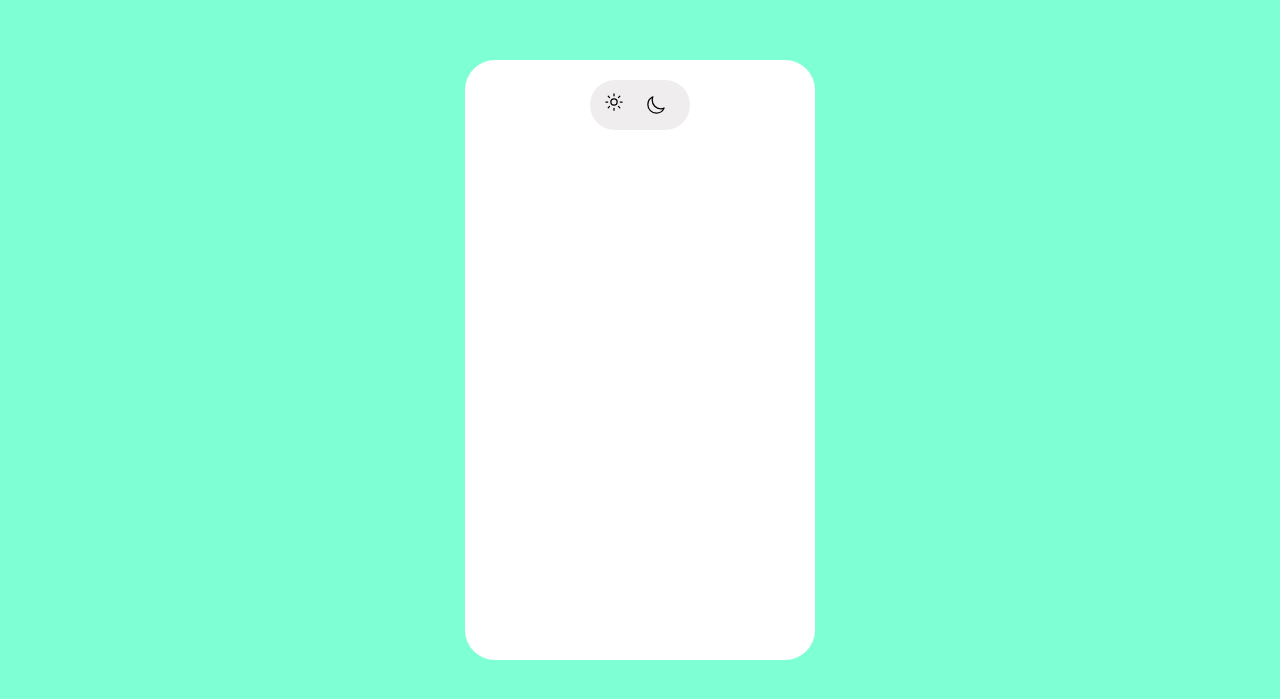
Repository: dinhtri123/caculator-app
Page: index.html
The author's editor kept a copy of each file at every save. The page is drawn from the files as they stood at one save, then again after the next save.
The browser window is 1280 px wide. The pictures show the whole page.
After loading, the first visible `div.button-mode` was clicked once.

Above is the page before, as saved 2023-01-03 10:53:03.

After the next save:
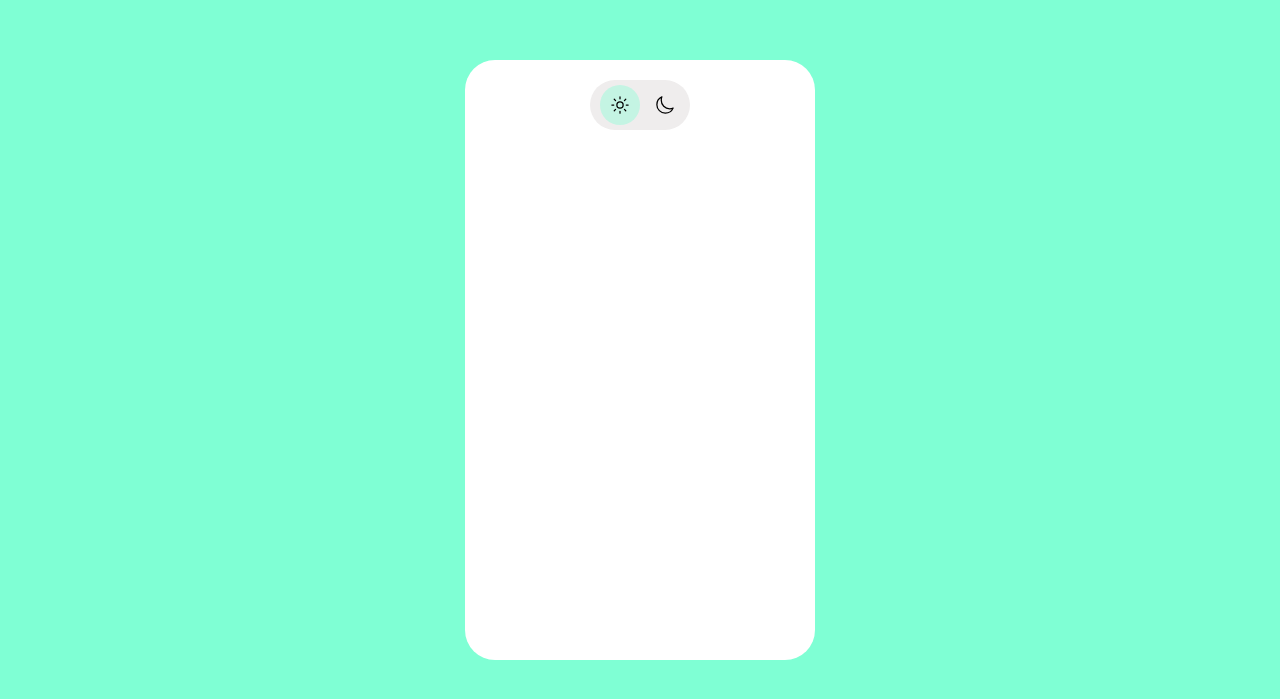
Saved 8 s later.
--- a/index.js
+++ b/index.js
@@ -4,6 +4,6 @@ const btnMode = document.querySelectorAll(".button-mode");
 for (let i = 0; i < btnMode.length; i++) {
   btnMode[i].addEventListener("click", function () {
     btnMode[i].className = btnMode[i].className.replace(' active-mode', '')
-    this.className += "active-mode"
+    this.className += " active-mode"
   });
 }
